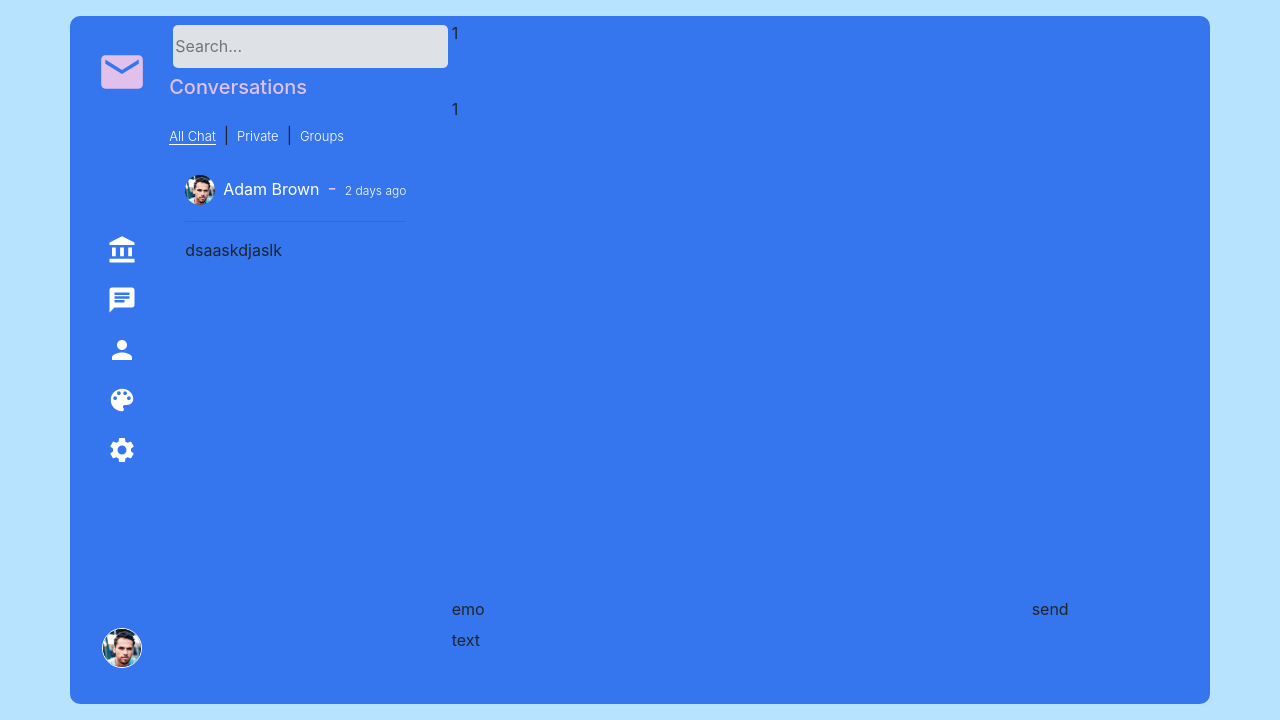
Repository: arafat877/super-chat
Page: /
An editor plug-in stored every save of this project. The page is shown before and after the next save, followed by the edit.
The browser window is 1280 px wide. The pictures show the whole page.
The project was rebuilt for these pictures with package versions that can differ from the ones it lists, and the page was loaded fresh each time.

Above is the page before, as saved 2020-08-06 23:18:21.

After the next save:
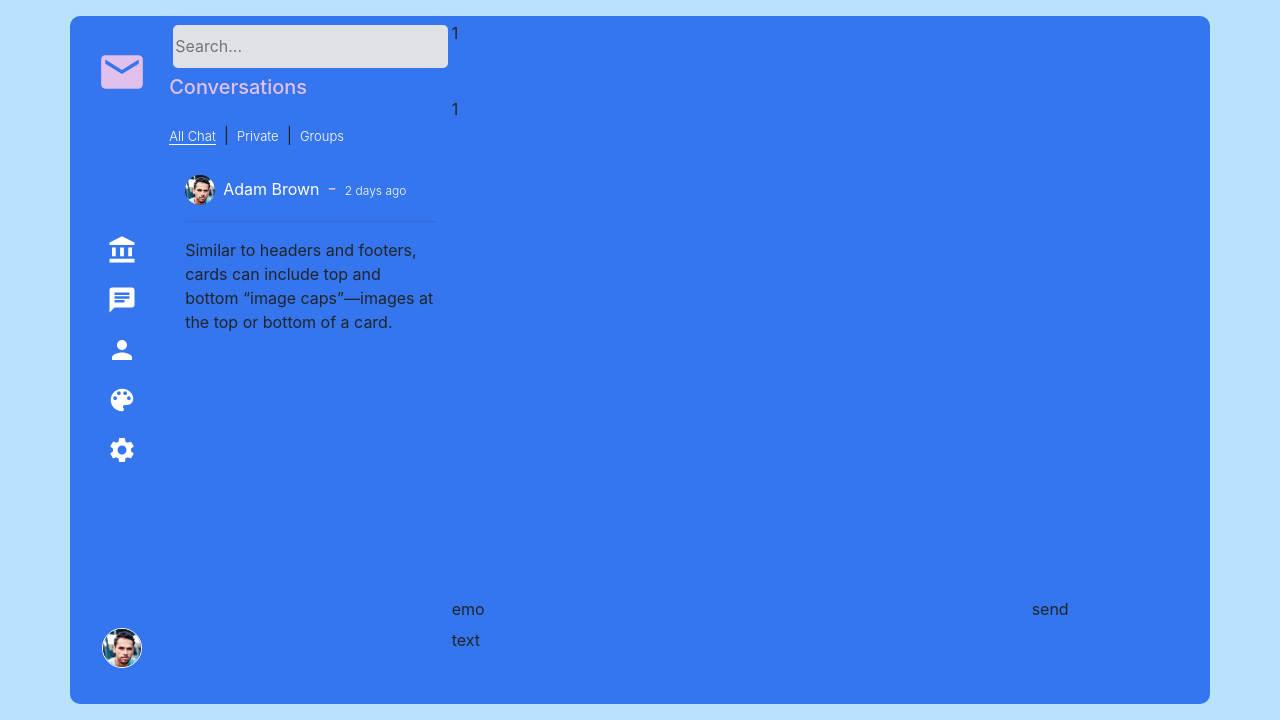
Saved 84 s later.
--- a/src/App.js
+++ b/src/App.js
@@ -70,12 +70,19 @@ function App() {
             </div>
             <div className="row groupsRow">
               <div className="p-3">
-                <img className="userProfilePicture" src={require("./assets/m1.jpeg")} alt="User Profile"/>
+                <img
+                  className="userProfilePicture"
+                  src={require("./assets/m1.jpeg")}
+                  alt="User Profile"
+                />
                 <span className="userName ml-2">Adam Brown</span>
                 <span className="dash ml-2">-</span>
                 <span className="chatDate ml-2">2 days ago</span>
                 <hr></hr>
-                dsaaskdjaslk
+                <span className="text">
+                  Similar to headers and footers, cards can include top and
+                  bottom “image caps”—images at the top or bottom of a card.
+                </span>
               </div>
             </div>
           </div>
